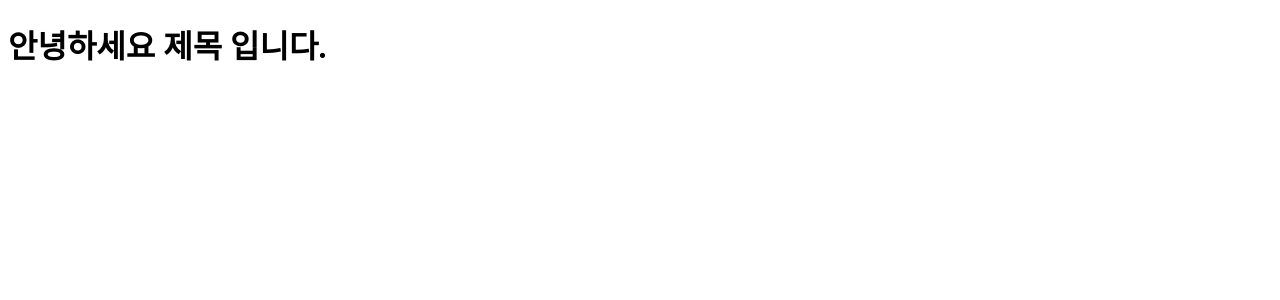
Repository: SeungwanHong/Web-jsp-
Page: 20170413/WebContent/main01.html
The author's editor kept a copy of each file at every save. The page is drawn from the files as they stood at one save, then again after the next save.
The browser window is 1280 px wide. The pictures show the whole page.

Above is the page before, as saved 2017-04-13 00:32:03.

### 20170413/WebContent/main01.html
<!DOCTYPE html>		<!-- html을 시작 하겟다 -->
<html>
<head>
<meta charset="EUC-KR">
<title>안녕하세요</title>
</head>
<body>
<!--
	<엘리먼트>텍스트</엘리먼트>
	엘리먼트에 텍스트가 들어간다. 엘리먼트 - 태그(tag)
	앨리먼트에는 속성(atrribute)를 지정하여 앨리먼트마다 다른 속성을 가지게 할 수 있다.
	id, class, name 등등이 대표적인 속성

 -->
<h1>안녕하세요 제목 입니다.</h1>

</body>
</html>

After the next save:
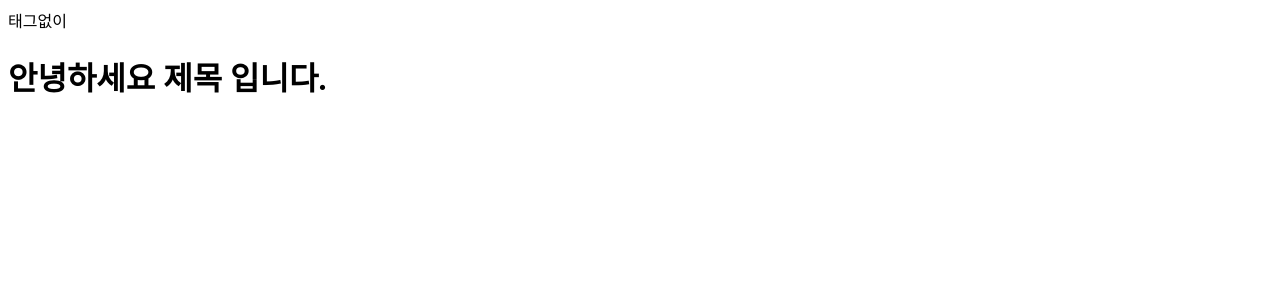
Saved 2 min 49 s later.
--- a/20170413/WebContent/main01.html
+++ b/20170413/WebContent/main01.html
@@ -12,7 +12,7 @@
 	id, class, name 등등이 대표적인 속성
 
  -->
-<h1>안녕하세요 제목 입니다.</h1>
+	태그없이<h1>안녕하세요 제목 입니다.</h1>
 
 </body>
 </html>
